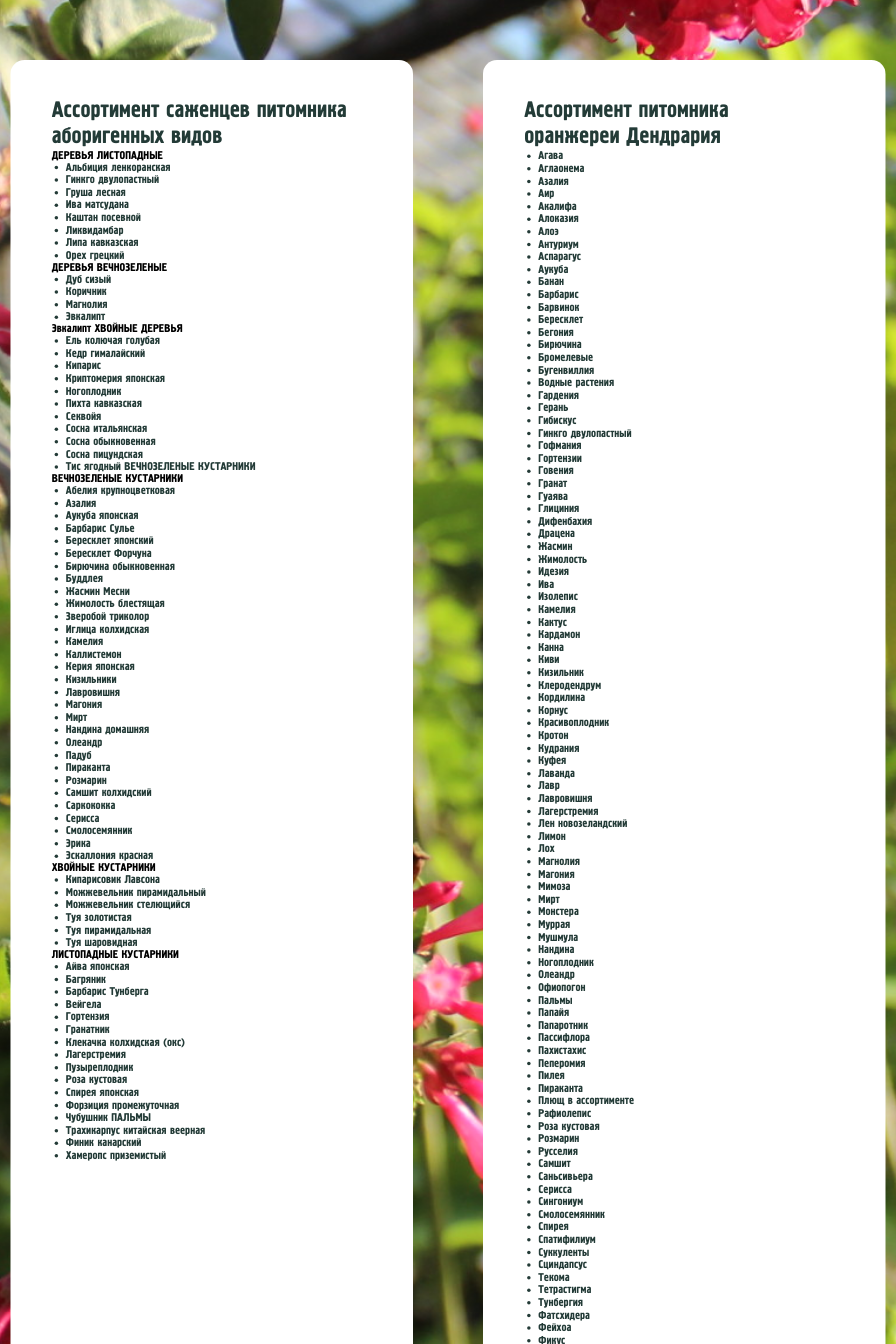
Repository: sem1103/np-sochi
Page: index.html
An editor plug-in stored every save of this project. The page is shown before and after the next save, followed by the edit.
The browser window is 1280 px wide. The pictures show the part of the page from y = 714 to 2634 px (the page is 2897 px tall), at 70% of full size.

Above is the page before, as saved 2024-01-17 22:10:53.

After the next save:
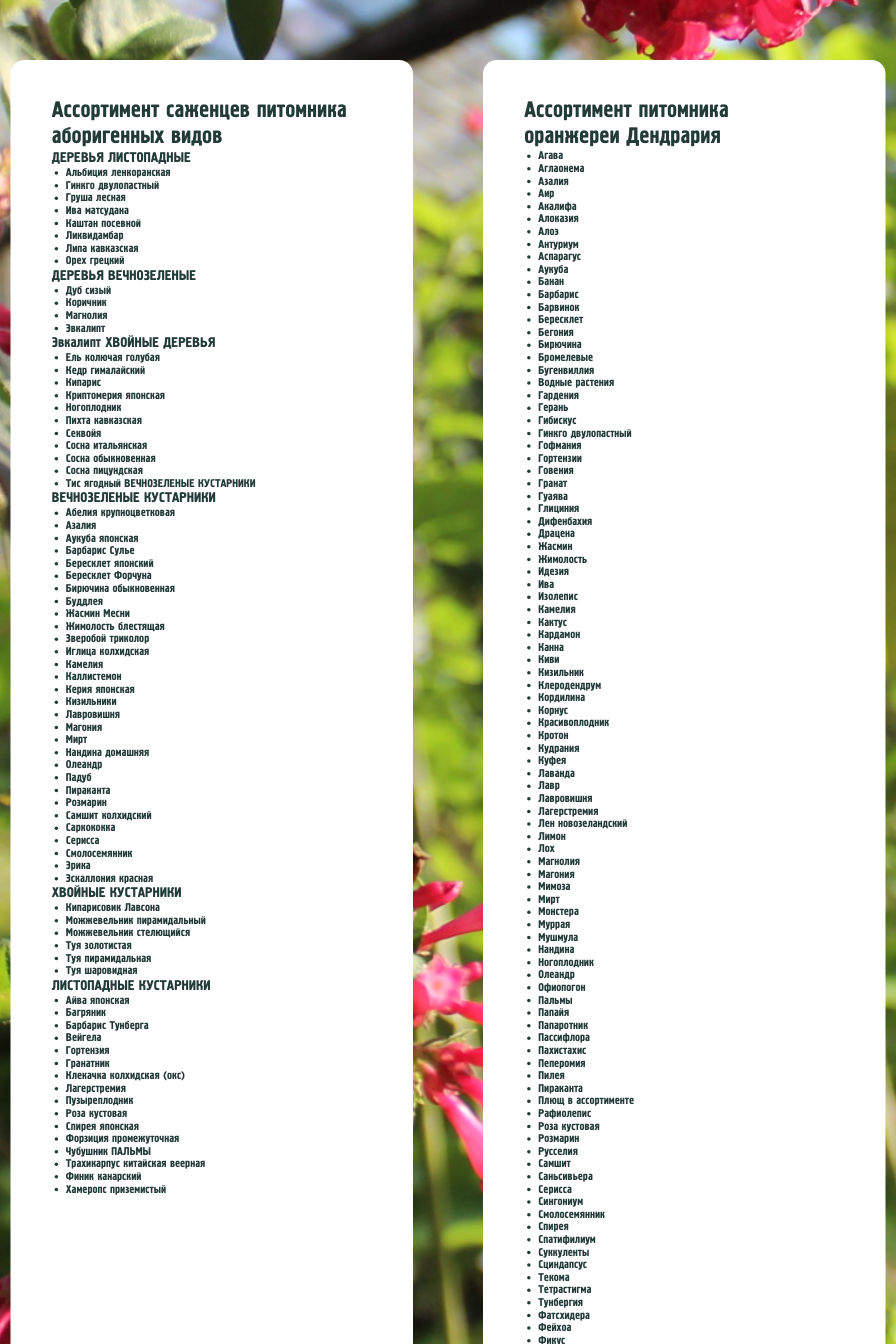
Saved 43 s later.
--- a/styles/main.css
+++ b/styles/main.css
@@ -50,6 +50,10 @@ h3{
     color: var(--gray);
     font: 32px 'Hermes';
 }
+h5{
+    color: var(--gray);
+    font: 20px Hermes;
+}
 .items__block{
     display: flex;
     flex-direction: row;
